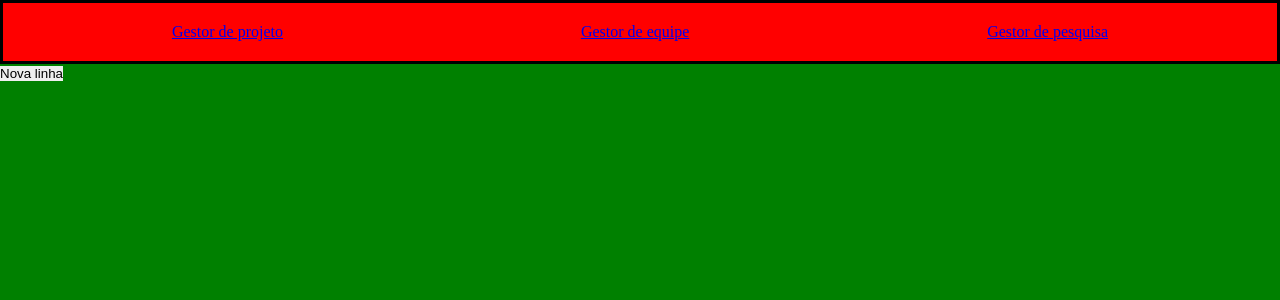
Repository: shadowruge/kanban
Page: index.html
An editor plug-in stored every save of this project. The page is shown before and after a run of saves, followed by the edit.
The browser window is 1280 px wide. The pictures show the whole page.

Above is the page before, as saved 2021-06-12 18:45:41.

### index.html
<!DOCTYPE html>
<html lang="en">
  <head>
    <meta charset="UTF-8" />
    <meta http-equiv="X-UA-Compatible" content="IE=edge" />
    <meta name="viewport" content="width=device-width, initial-scale=1.0" />
    <title id="Description">Shadow Kanban</title>
    <link rel="stylesheet" href="style.css" />
    <script src="index.js"></script>
  </head>
  <body>
    <header>
      <nav class="nav">
        <p><a href="#">Gestor de projeto</a></p>
        <p><a href="#">Gestor de equipe</a></p>
        <p><a href="#">Gestor de pesquisa</a></p>
      </nav>
    </header>
    <!--botão-->

    <button id='criarLinha'>Nova linha</button>

<div class="Linha" style="width:600px;">
<!-- RECEBE DIVS DINAMICAS -->
</div>
  </body>
  <script>

  </script>
</html>

### style.css
* {
  margin: 0;
  padding: 0;
  border: 0;
}

body {
  background-color: green;
}

#kanban {
  width: 97%;
  color: white;
  text-align: center;
  display: flex;
  flex-wrap: wrap;
}

.nav {
  border: 3px solid black;
  padding: 20px;
  color: white;
  background-color: red;
  display: flex;
  justify-content: space-around;
  flex-wrap: wrap;
}

.ideias,
.pesquisa,
.progresso,
.testes,
.pronto {
  margin-top: 5px;
  margin-left: auto;
}

.membros,
.membros-lideres {
  margin-left: 150px;
}

.d-flex {
  display: flex !important;
}

.flex-column {
  flex-direction: column !important;
}

.board {
  padding: 20px;
}

.board-column {
  margin-left: 20px;
}

.column-body {
  margin-top: 2em;
}

.card textarea {
  resize: none;
}

.sticker {
  width: 180px;
  height: 180px;
  }
  .button {
  margin-top: 10px;;
  }

### index.js
function dragStartHandler(ev) {
  ev.dataTransfer.setData("application/my-app", ev.target.id);
  ev.dataTransfer.effectAllowed = "move";
}

function dragCardStart(e) {
  console.log(e);
}

function dragOvertHandler(ev) {
  ev.preventDefault();
  ev.dataTransfer.dropEffect = "move";
}

function dropHandler(ev) {
  ev.preventDefault();
  const data = ev.dataTransfer.getData("application/my-app");
  ev.target.appendChild(document.getElementById(data));
}

function handleInputKeys({ key }) {
  switch (key) {
    case "Enter":
      break;

    default:
      break;
  }
}

const onInputClick = (e) => {
  e.preventDefault();
  e.stopPropagation();
  e.target.disabled = false;
  e.target.focus();
};

const onInputLostFocus = (e) => {
  console.log(e);
  e.target.disabled = true;
};

function addNewCard(e) {
  //   console.log(e);
  //   console.log(column);
  //   console.log(body);
  //   console.log(body.children);
  //   console.log(body.children[0].getAttributeNames());
  const [, , , column] = e.path;
  const [, body] = column.children;
  const addButton = body.children[body.children.length - 1];
  const card = document.createElement("div");
  const input = document.createElement("textarea");
  input.cols = 30;
  input.rows = 10;
  input.disabled = true;
  card.appendChild(input);
  card.classList.add("card");
  card.draggable = "true";
  card.addEventListener("click", onInputClick);
  card.addEventListener("focusout", onInputLostFocus);
  card.addEventListener("dragstart", dragCardStart);
  body.removeChild(addButton);
  body.appendChild(card);
  body.appendChild(addButton);
}

After the next 2 saves:
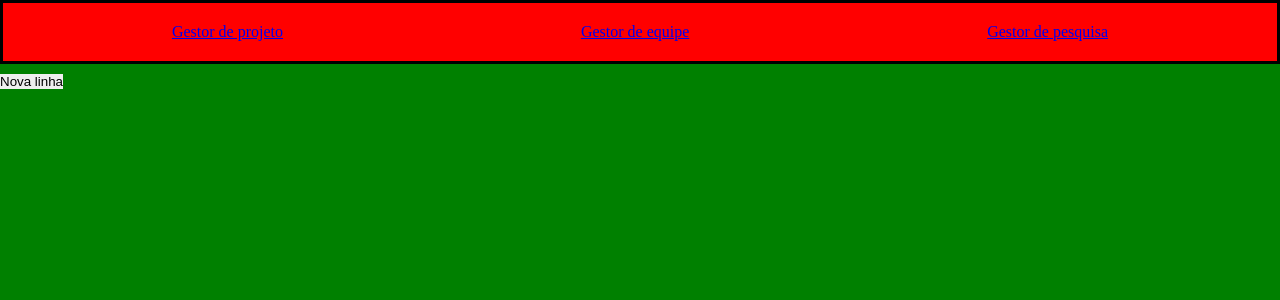
The 2 saves are shown as one change because they came seconds apart.
The last was saved 38 s later.
--- a/style.css
+++ b/style.css
@@ -68,6 +68,7 @@ body {
   width: 180px;
   height: 180px;
   }
-  .button {
+
+  button {
   margin-top: 10px;;
   }
